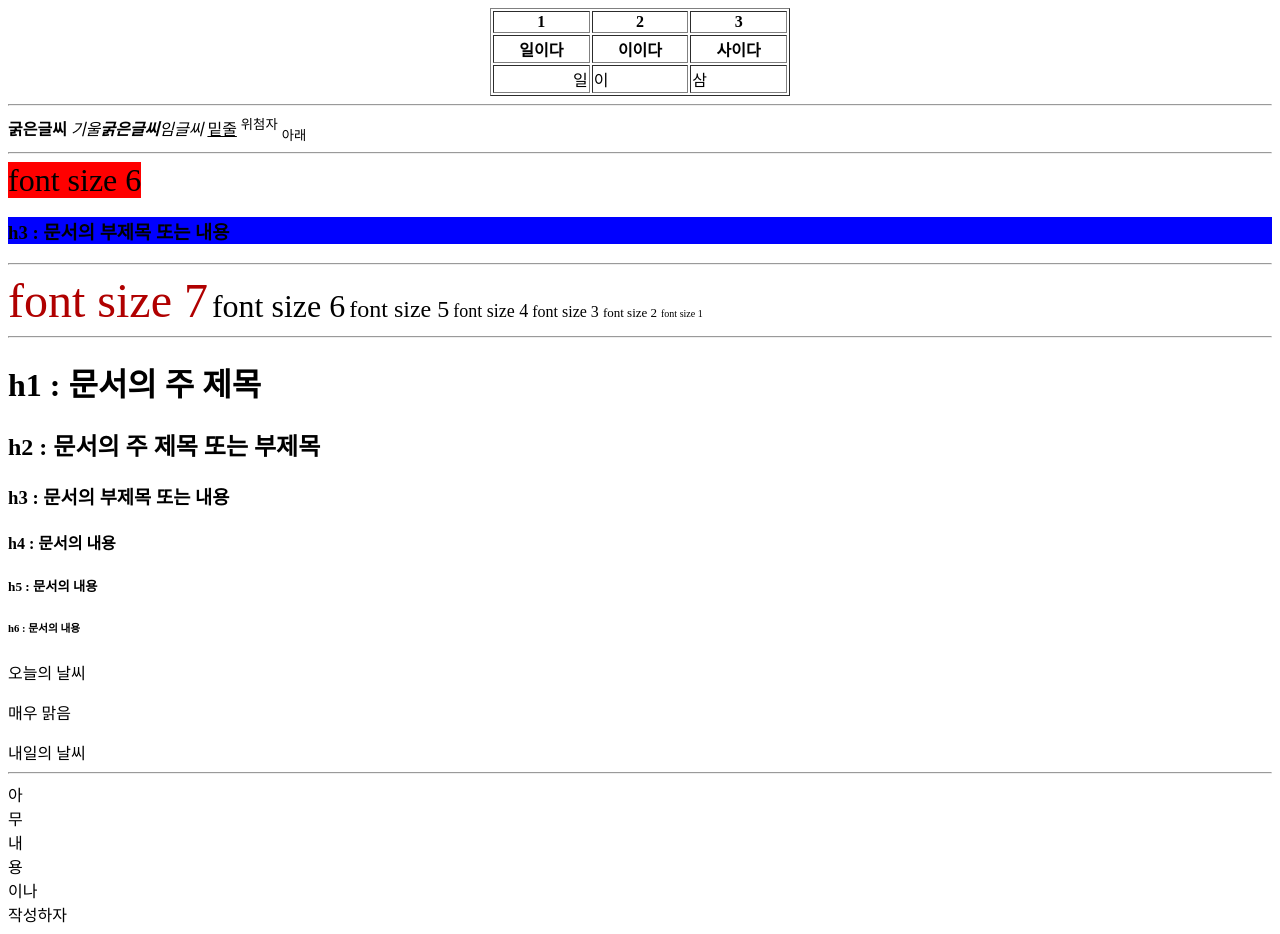
Repository: thswlsqls/JspWorkspace
Page: html/ex01.html
These files come from the project's save history. The page is drawn as it stood at one moment and after the next save; the edit follows.
The browser window is 1280 px wide. The pictures show the whole page.

Above is the page before, as saved 2021-04-09 08:16:17.

### html/ex01.html
<!DOCTYPE html>
<html>
<head>
<meta charset="utf-8">
<title>Insert title here</title>
</head>
<!--
<body text="white" bgcolor="black">
 -->
<body>
	<table border="1" align="center" width="300">
		<tr>
			<th>1</th><th>2</th><th>3</th>
		</tr>
		<tr>
			<th>일이다</th><th>이이다</th><th>사이다</th>
		</tr>
		<tr>
			<td align="right">일</td><td>이</td><td>삼</td>
		</tr>
	</table>
<hr>
	<b>굵은글씨</b>
	<i>기울<b>굵은글씨</b>임글씨</i>
	<u>밑줄</u>
	<sup>위첨자</sup>
	<sub>아래</sub>
<hr>
	<font size="6" style="background-color:red">font size 6</font>
	<h3 style="background-color:blue">h3 : 문서의 부제목 또는 내용</h3>
<hr>
	<font size="7" color="blut" face="궁서체">font size 7</font>
	<font size="6">font size 6</font>
	<font size="5">font size 5</font>
	<font size="4">font size 4</font>
	<font size="3">font size 3</font>
	<font size="2">font size 2</font>
	<font size="1">font size 1</font>
<hr>
	<h1>h1 : 문서의 주 제목</h1>
	<h2>h2 : 문서의 주 제목 또는 부제목</h2>
	<h3>h3 : 문서의 부제목 또는 내용</h3>
	<h4>h4 : 문서의 내용</h4>
	<h5>h5 : 문서의 내용</h5>
	<h6>h6 : 문서의 내용</h6>
	오늘의 날씨
	<p>매우 맑음</p>
	내일의 날씨
<hr>
	아<br>무<br>내<br>용<br>
	이나<br>
	작성하자
<!--
	아무내용이나 작성1<br>
	<textarea></textarea>
	아무내용
 -->
</body>
</html>

After the next save:
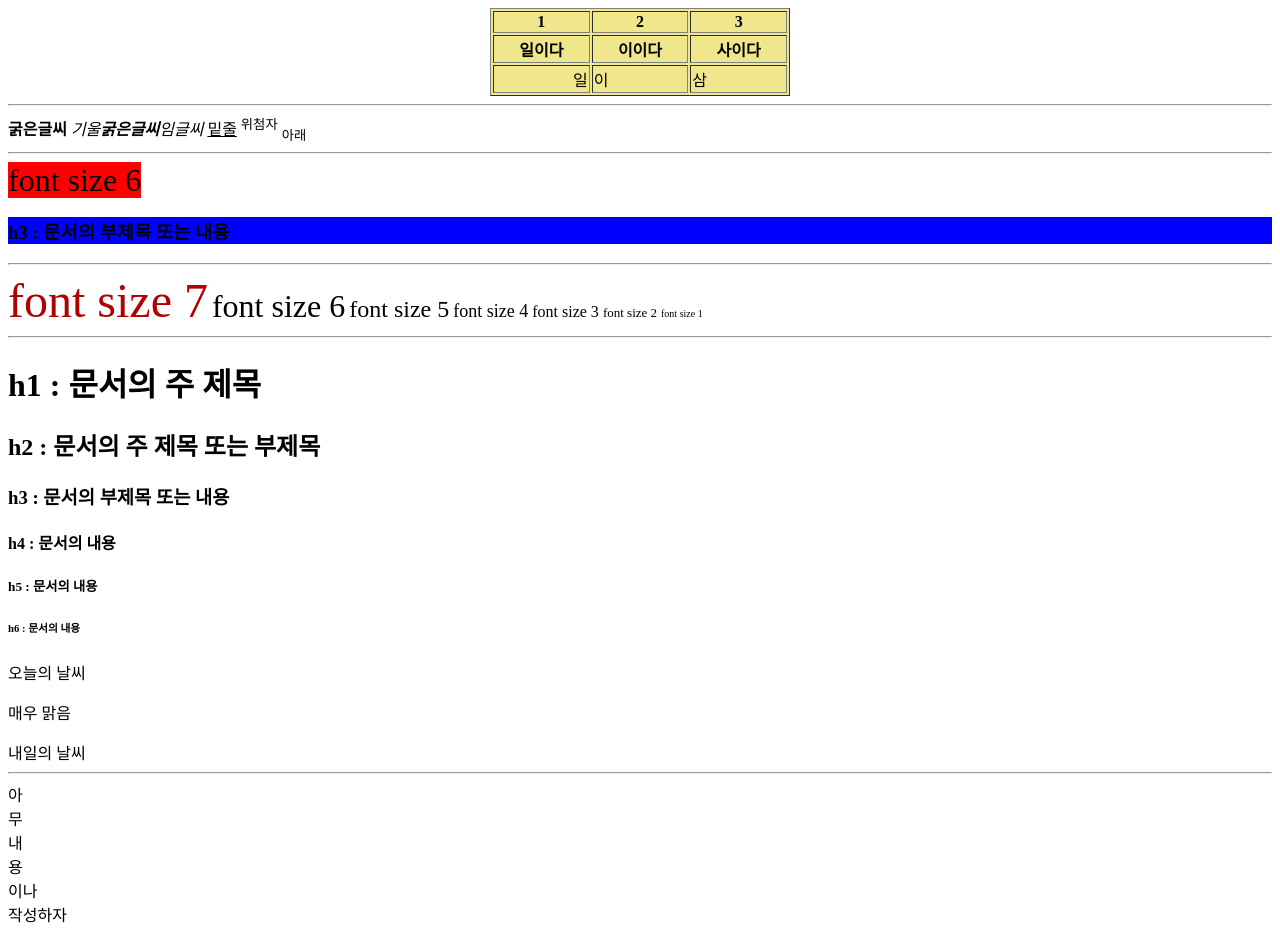
Saved 17 s later.
--- a/html/ex01.html
+++ b/html/ex01.html
@@ -8,7 +8,7 @@
 <body text="white" bgcolor="black">
  -->
 <body>
-	<table border="1" align="center" width="300">
+	<table border="1" align="center" width="300" bgcolor="khaki">
 		<tr>
 			<th>1</th><th>2</th><th>3</th>
 		</tr>
